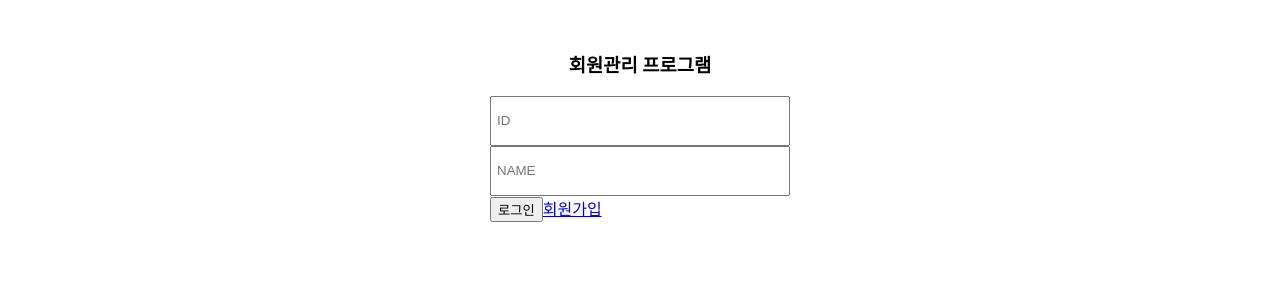
Repository: goatmxj67/ServerProgram1
Page: http://localhost/ServerProgram1/login.jsp
The author's editor kept a copy of each file at every save. The page is drawn from the files as they stood at one save, then again after the next save.
The browser window is 1280 px wide. The pictures show the whole page.
The page is served by Tomcat 9. Other server files are loaded and not shown.

Above is the page before, as saved 2021-06-14 07:39:38.
Console error: ReferenceError: $ is not defined

### ServerProgram1/WebContent/login.jsp
<%@ page language="java" contentType="text/html; charset=UTF-8"
    pageEncoding="UTF-8"%>

<% request.setCharacterEncoding("utf-8"); %>

<style>
	.login_form {
		width: 300px;
		margin: 50px auto;
	}
	h3 {
		text-align: center;
	}
	#f input {
		padding: 5px;
		width: 100%;
		height: 50px;
	}

	#f button:hover {
		cursor: pointer;
	}
</style>
<script>
	$(document).ready(function(){
		const f = $('#f');
		const id = $('#id');
		const name = $('#name');
		f.submit(function(event){
			if (id.val() == '') {
				alert('아이디와 이름은 필수입니다.');
				id.focus();
				event.preventDefault();
				return false;
			}
			else if (name.val() == '') {
				alert('아이디와 이름은 필수입니다.');
				name.focus();
				event.preventDefault();
				return false;
			}
		})
	})
</script>

<div class="login_form">
	<h3>회원관리 프로그램</h3>
	<form action="/ServerProgram1/login.do" id="f" method="post">
		<input type="text" name="id" id="id" placeholder="ID"><br>
		<input type="text" name="name" id="name" placeholder="NAME"><br>
		<button>로그인</button><a href="join.do">회원가입</a>
	</form>
</div>

After the next save:
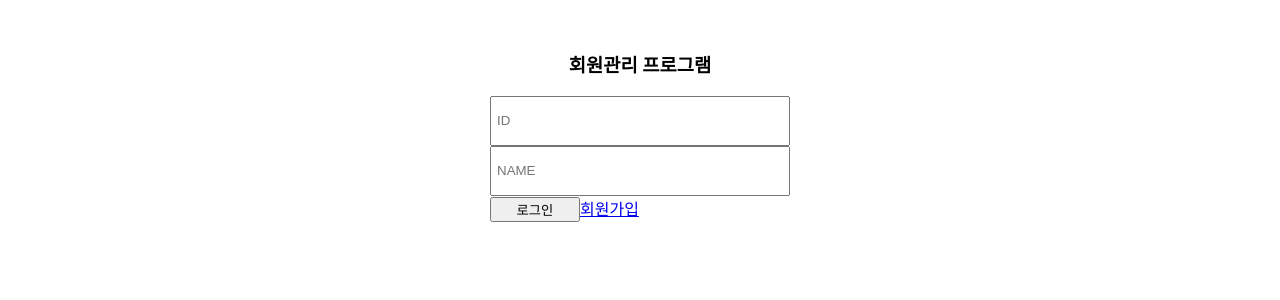
Saved 73 s later.
--- a/ServerProgram1/WebContent/login.jsp
+++ b/ServerProgram1/WebContent/login.jsp
@@ -16,7 +16,10 @@
 		width: 100%;
 		height: 50px;
 	}
-
+	button, a {
+		width: 30%;
+		text-align: center;
+	}
 	#f button:hover {
 		cursor: pointer;
 	}
